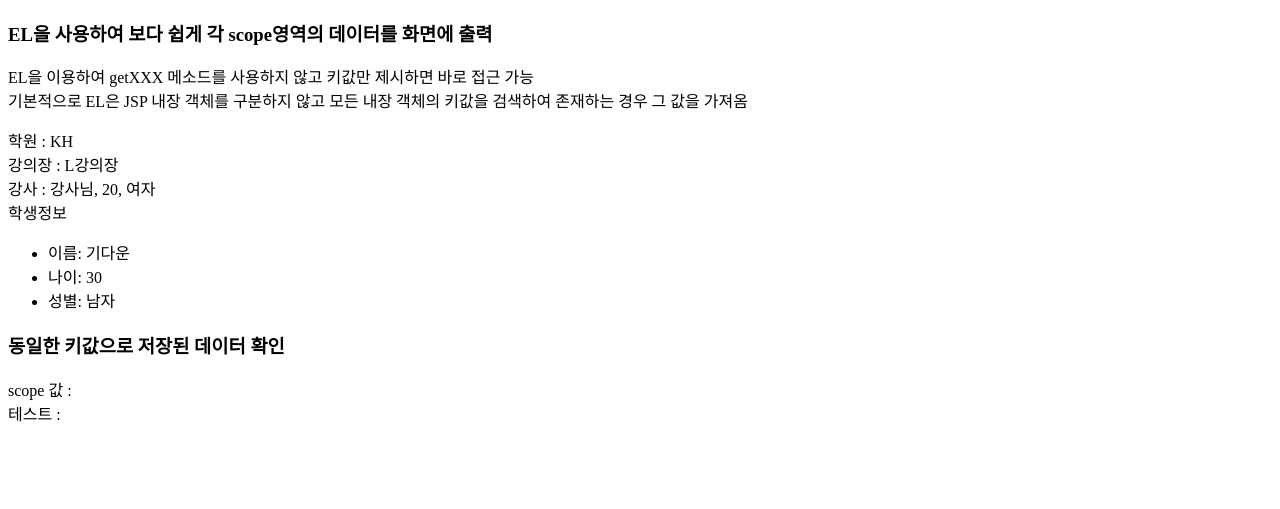
Repository: hailey-516/servlet
Page: http://localhost/3_elAction/el.do
An editor plug-in stored every save of this project. The page is shown before and after the next save, followed by the edit.
The browser window is 1280 px wide. The pictures show the whole page.
The page is served by Tomcat 9.

Above is the page before, as saved 2024-08-26 03:18:19.

After the next save:
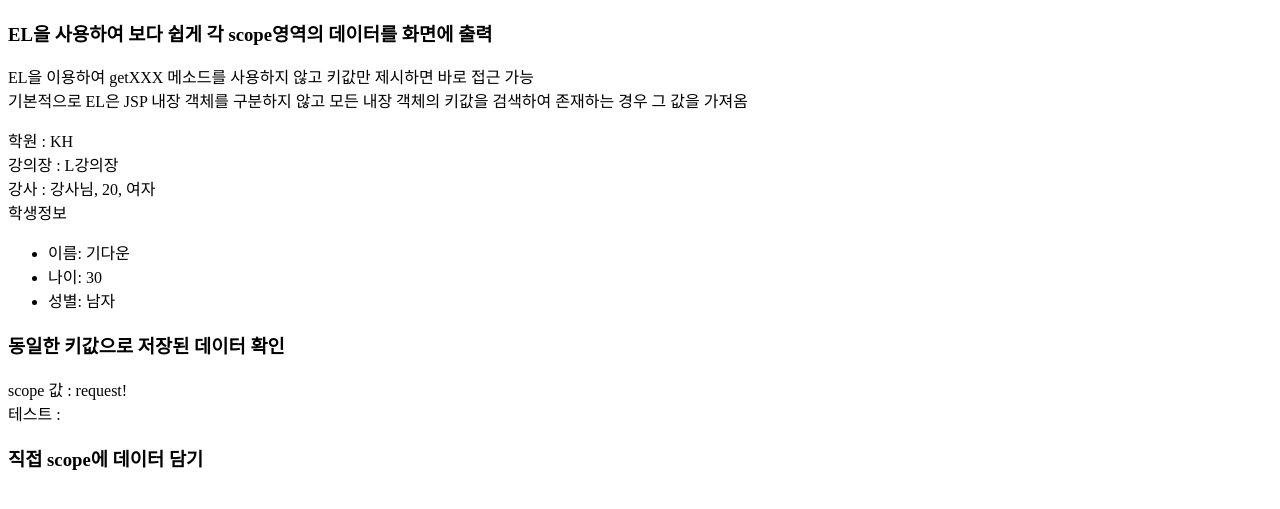
Saved 108 s later.
--- a/3_elAction/src/main/webapp/views/1_EL/01_el.jsp
+++ b/3_elAction/src/main/webapp/views/1_EL/01_el.jsp
@@ -57,12 +57,18 @@
 	</p>
 
 	<h3>동일한 키값으로 저장된 데이터 확인</h3>
-	scope 값 : ${ session.scope } <br>
+	scope 값 : ${ scope } <br>
 	<!--
 		EL은 공유범위가 가장 작은 scope부분부터 해당 키값을 검색함
 		page -> request -> session -> application
 	 -->
 	 테스트 : ${ test } <!-- 찾지 못한 경우 빈값으로 확인됨 -->
 
+	 <h3>직접 scope에 데이터 담기</h3>
+	 <%
+	 	// page scope에 데이터 담기
+	 	pageContext.setAttribute("scope", "page~~~");
+	 %>
+
 </body>
 </html>
